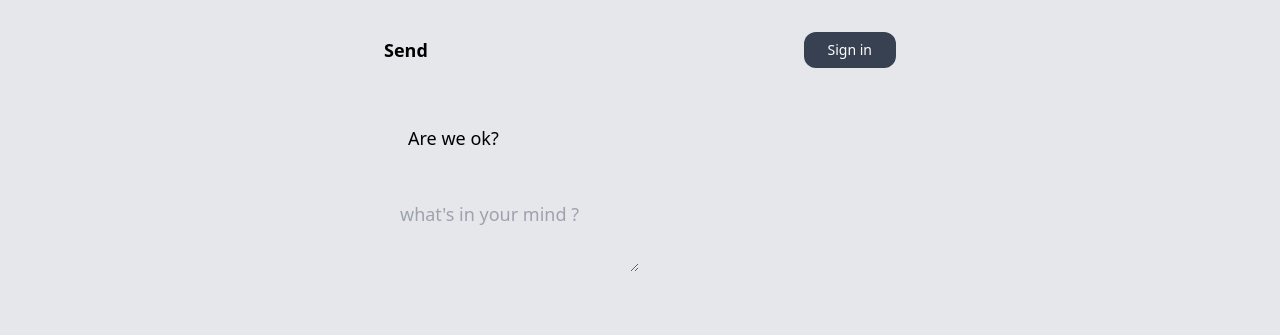
Repository: fatemesoleymanian/react
Page: / (app in next--experimental/postit/)
An editor plug-in stored every save of this project. The page is shown before and after the next save, followed by the edit.
The browser window is 1280 px wide. The pictures show the whole page.
The page's requests for data from a server got no answer. The project was rebuilt for these pictures with package versions that can differ from the ones it lists, and the page was loaded fresh each time. The framework's server and built-in components were replaced by stand-ins that run in the browser. No one was signed in, and anything a server would have sent is missing. Also part of the build but not shown: next--experimental/postit/next.config.js, next--experimental/postit/app/components/auth/Logged.tsx.

Above is the page before, as saved 2023-02-26 15:51:13.

After the next save:
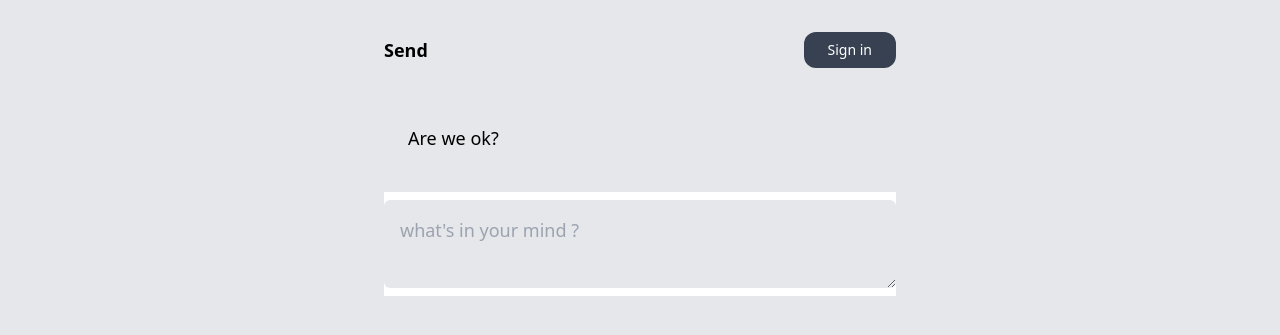
Saved 40 s later.
--- a/next--experimental/postit/app/components/AddPost.tsx
+++ b/next--experimental/postit/app/components/AddPost.tsx
@@ -6,8 +6,8 @@ export default function AddPost(){
     const [title , setTitle] = useState('');
 
     return(
-        <form>
-            <div>
+        <form className="bg-white">
+            <div className="flex flex-col my-4">
                 <textarea name="title " id="title"
                 value={title}
                 onChange={(e)=> setTitle(e.target.value) }
